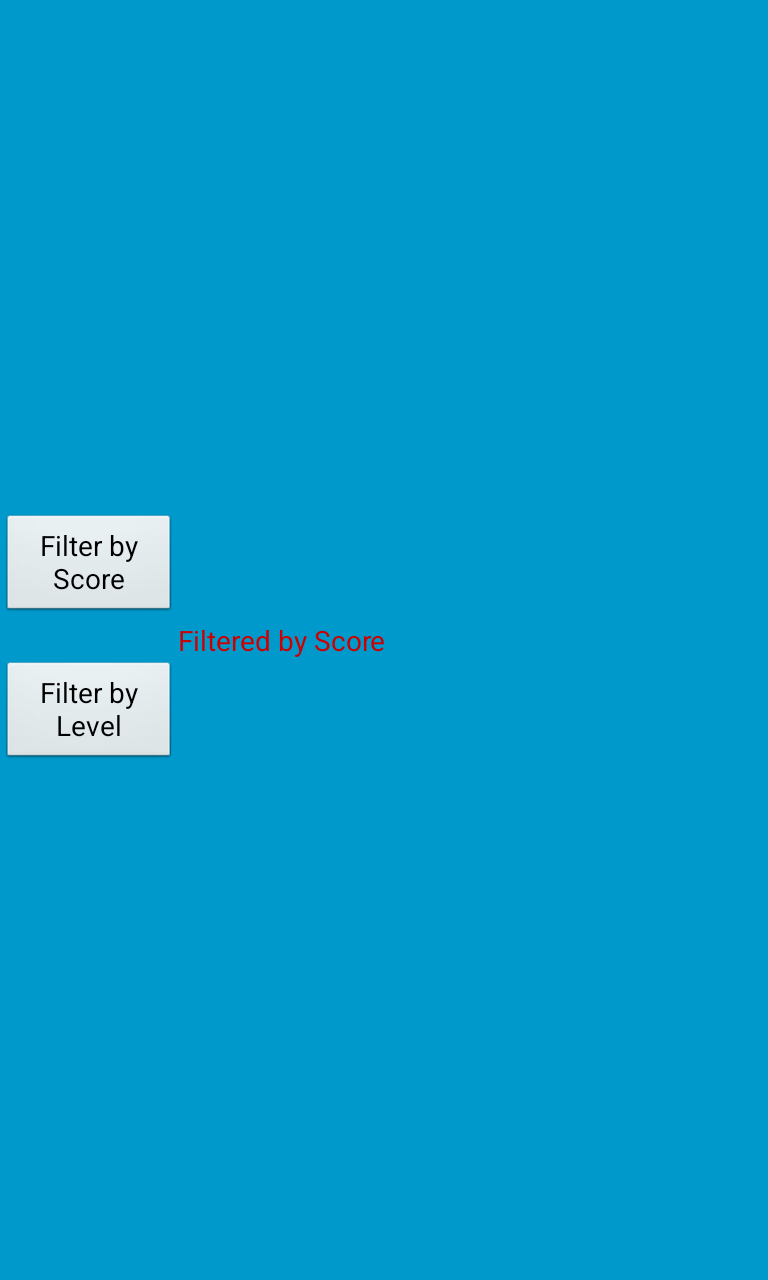
Repository: valleskeyp/IADHub
Layout: MGDGame-android/res/layout/main.xml
These files come from the project's save history. The layout is drawn as it stood at one moment and after the next save; the edit follows.
It is drawn on a 768 x 1280 px phone screen (xhdpi) without system bars, with theme android:Theme.NoTitleBar.Fullscreen; the app's code is not run. Lists and similar views that code fills are empty.

Above is the layout before, as saved 2013-07-29 23:20:24.

### MGDGame-android/res/layout/main.xml
<?xml version="1.0" encoding="utf-8"?>
<LinearLayout xmlns:android="http://schemas.android.com/apk/res/android"
    android:layout_width="fill_parent"
    android:layout_height="fill_parent"
    android:orientation="horizontal"
    android:background="@android:color/holo_blue_dark" >

	<LinearLayout
	    android:layout_width="wrap_content"
	    android:layout_height="wrap_content"
	    android:orientation="vertical"
	    android:layout_gravity="center_vertical" >

	    <Button
	        android:id="@+id/filterScore"
	        android:layout_marginBottom="20dp"
	        android:layout_width="89dp"
	        android:layout_height="wrap_content"
	        android:text="Filter by Score" />

	    <Button
	        android:id="@+id/filterLevel"
	        android:layout_width="89dp"
	        android:layout_height="wrap_content"
	        android:text="Filter by Level" />
	</LinearLayout>

	<LinearLayout
	    android:layout_width="wrap_content"
	    android:layout_height="wrap_content"
	    android:orientation="vertical"
	    android:layout_gravity="center_vertical" >

	    <TextView
	        android:id="@+id/textView1"
	        android:layout_width="match_parent"
	        android:layout_height="wrap_content"
	        android:text="Filtered by Score"
	        android:textColor="@android:color/holo_red_dark" />

	    <ListView
	        android:id="@+id/list_scores"
	        android:layout_width="match_parent"
	        android:layout_height="wrap_content"
	        android:clickable="false" >
	    </ListView>
	</LinearLayout>

</LinearLayout>

After the next save:
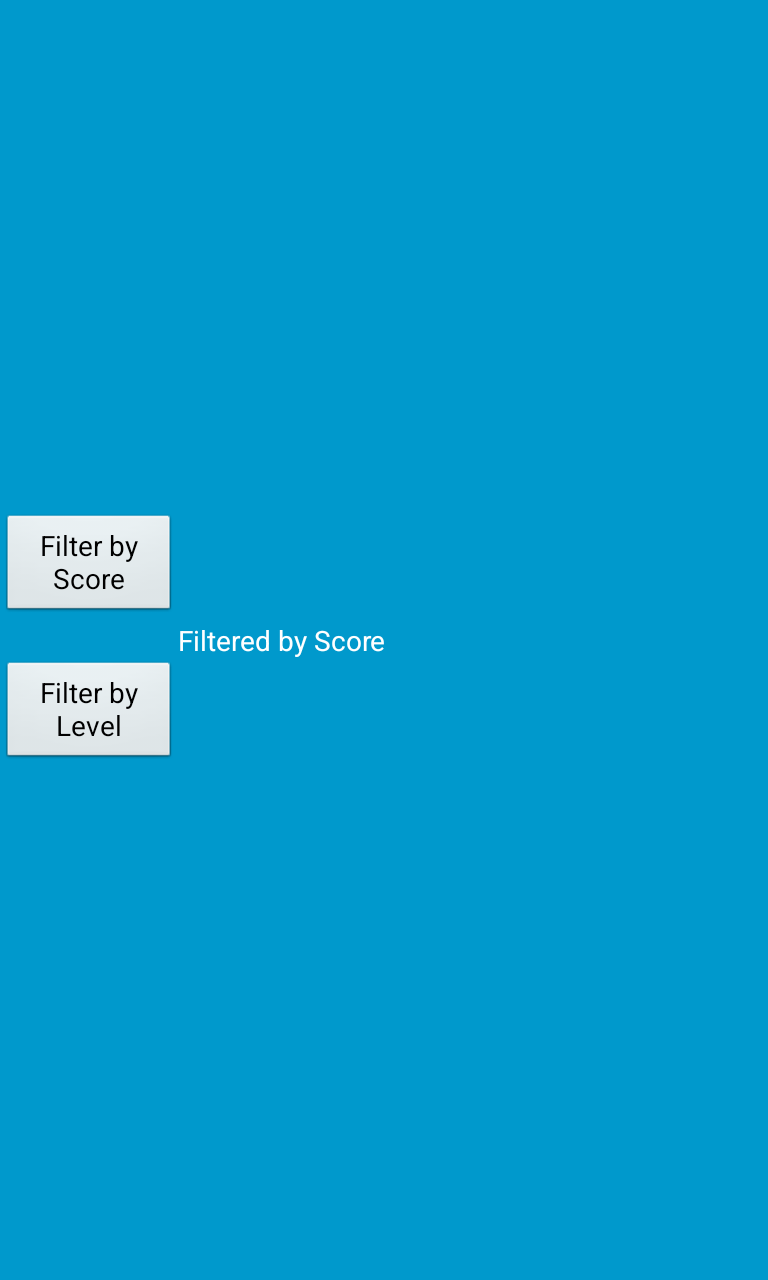
Saved 99 s later.
--- a/MGDGame-android/res/layout/main.xml
+++ b/MGDGame-android/res/layout/main.xml
@@ -36,7 +36,7 @@
 	        android:layout_width="match_parent"
 	        android:layout_height="wrap_content"
 	        android:text="Filtered by Score"
-	        android:textColor="@android:color/holo_red_dark" />
+	        android:textColor="@android:color/white" />
 
 	    <ListView
 	        android:id="@+id/list_scores"
